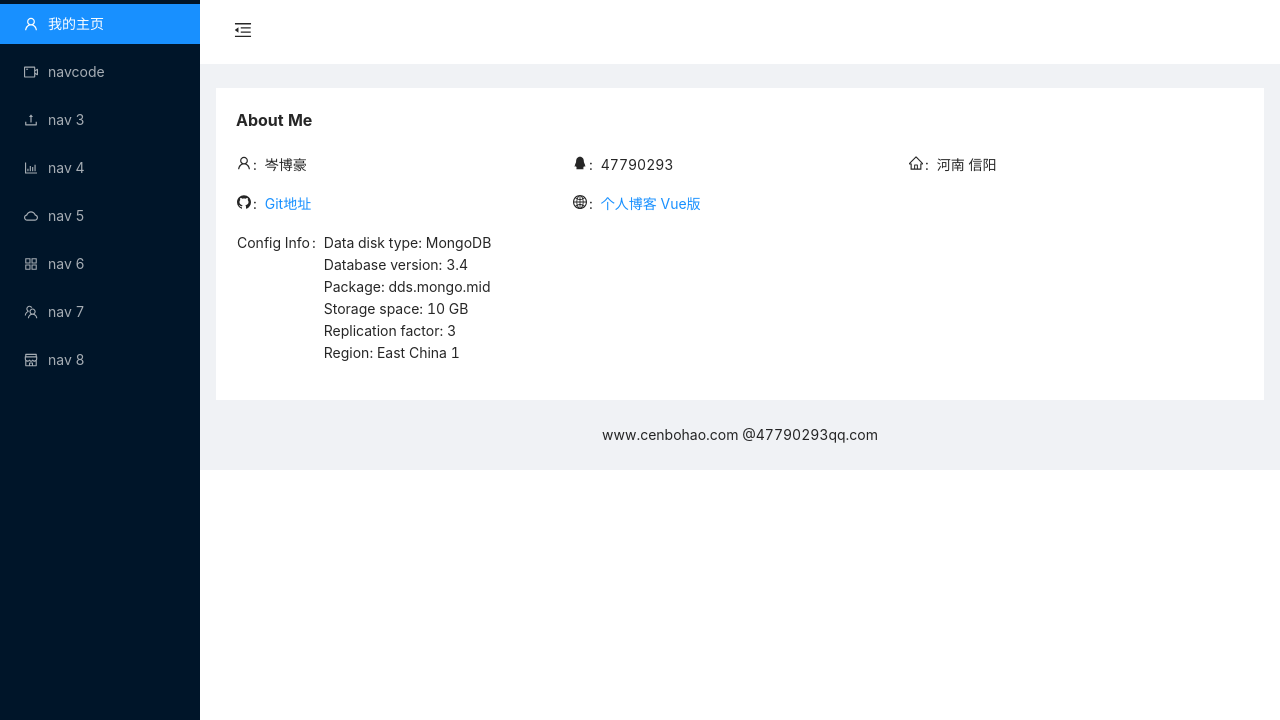
Repository: CBH20010703/bolgsweb
Page: /index (app in blogs/)
The author's editor kept a copy of each file at every save. The page is drawn from the files as they stood at one save, then again after the next save.
The browser window is 1280 px wide. The pictures show the whole page.
The project was rebuilt for these pictures with package versions that can differ from the ones it lists, and the page was loaded fresh each time. Also part of the build but not shown: blogs/src/view/Login/Login.jsx, blogs/src/component/Menu/MenuList.css, blogs/src/view/Home/Home.css, blogs/src/view/NavCode/NavCode.css, blogs/src/view/NavCode/NavCode.jsx, blogs/src/view/404/Error.jsx.

Above is the page before, as saved 2021-06-27 22:23:20.

### blogs/src/index.js
import React from 'react';
import ReactDOM from 'react-dom';
import './index.css';
import App from './App';
import { BrowserRouter} from 'react-router-dom'


ReactDOM.render(<BrowserRouter><App /></BrowserRouter>,document.getElementById('root'));

### blogs/src/App.js
import './App.css';
import { React, Component } from "react";

import  RouterMap from "./router/RouterMap"
export default class  App extends Component {
  constructor(props) {
    super(props);
    this.state = {  collapsed: false, }
  }
  toggle = (data) => {
     console.log(data)
    this.setState({
      collapsed: data,
    });
  };
  render() {
    return (
      <RouterMap/>
    );
  }
}

### blogs/src/router/RouterMap.js
import React from 'react'
import {  Route, Switch} from 'react-router-dom'
import Login from "../view/Login/Login"
import Context from '../view/context/context'
import Error from '../view/404/Error'
export default class RouterMap  extends React.Component {
    render() {
        return (


            <Switch>
                 <Route  path="/"  component={Context}/>
                <Route path="/login" component={Login} />

                    <Route path="*" component={Error} />

               </Switch>


        )
    }
}

### blogs/src/view/context/context.jsx

import { React, Component } from "react";
import Headers from '../../component/Header/Headers';
import MenuList from '../../component/Menu/MenuList';
import Footers from '../../component/Footer/Footers';

import { Layout } from 'antd';
import { Redirect, Route, Switch } from 'react-router-dom'
import Home from "../Home/Home.jsx";
import Navcode from "../NavCode/NavCode.jsx"
import Error from "../404/Error";
const { Content, Sider } = Layout;
export default class Context extends Component {
  constructor(props) {
    super(props);
    this.state = { collapsed: false, }
  }
  toggle = (data) => {
    console.log(data)
    this.setState({
      collapsed: data,
    });
  };
  render() {
    return (

      <Layout>
        <Sider trigger={null} collapsible collapsed={this.state.collapsed}
          style={{
            overflow: 'auto',
            height: '100vh',
            position: 'fixed',
            left: 0,
          }}
        >
          <MenuList />
        </Sider>
        <Layout className="site-layout" style={{ paddingLeft: this.state.collapsed ? "60px" : "200px", transition: "0.1s ease" }}>
          <Headers toggle={this.toggle} parent={this.state.collapsed}></Headers>
          <Content style={{ margin: '24px 16px 0', height: "auto", background: "#fff" }}>
            <Switch>
              <Route path="/index" component={Home} />
              <Route path="/NavCode" component={Navcode} />
              <Route path="*" component={Error} />
              <Redirect to="/index"></Redirect>
            </Switch>
          </Content>
          <Footers />
        </Layout>
      </Layout>


    );
  }
}

### blogs/src/component/Header/Headers.jsx
import React, { Component } from 'react'
import { Layout } from 'antd';


import {
  MenuUnfoldOutlined,
  MenuFoldOutlined,
} from '@ant-design/icons';
import "./Headers.css"
const { Header } = Layout;
export default class Headers extends Component {
    constructor(props) {
        super(props)
        this.state = {
            isShow:false
        }
    }
    Tab = () => {
        let { isShow } = this.state;
        this.setState({
            isShow:!isShow
        })
        this.props.toggle(!isShow);

    }
    render() {

        return (

                <Header className="site-layout-background" style={{ paddingLeft:"10px" }} >
                     {React.createElement(this.state.isShow ? MenuUnfoldOutlined : MenuFoldOutlined, {
              className: 'trigger',
                         onClick: this.Tab,

            })}
                </Header>

        )
    }
}

### blogs/src/component/Menu/MenuList.jsx
import React, { Component } from 'react'
import { Menu } from 'antd';
import {Link} from 'react-router-dom'
import "./MenuList.css"
import {
  AppstoreOutlined,
  BarChartOutlined,
  CloudOutlined,
  ShopOutlined,
  TeamOutlined,
  UserOutlined,
  UploadOutlined,
  VideoCameraOutlined,
} from '@ant-design/icons';
export default class MenuList extends Component {
  render() {
    return (

         <Menu theme="dark" mode="inline" defaultSelectedKeys={['1']}>
          <Menu.Item key="1"  icon={<UserOutlined />}>
          <Link to="/index"> 我的主页
            </Link>

          </Menu.Item>
          <Menu.Item key="2" icon={<VideoCameraOutlined />}>
          <Link to="/NavCode"> navcode
            </Link>

          </Menu.Item>
          <Menu.Item key="3" icon={<UploadOutlined />}>
            nav 3
          </Menu.Item>
          <Menu.Item key="4" icon={<BarChartOutlined />}>
            nav 4
          </Menu.Item>
          <Menu.Item key="5" icon={<CloudOutlined />}>
            nav 5
          </Menu.Item>
          <Menu.Item key="6" icon={<AppstoreOutlined />}>
            nav 6
          </Menu.Item>
          <Menu.Item key="7" icon={<TeamOutlined />}>
            nav 7
          </Menu.Item>
          <Menu.Item key="8" icon={<ShopOutlined />}>
            nav 8
          </Menu.Item>
        </Menu>
    )
  }
}

### blogs/src/component/Footer/Footers.jsx
import React, { Component } from 'react'
import { Layout } from 'antd';
const {  Footer } = Layout;
export default class Footers extends Component {
    render() {
        return (
            <div>
               <Footer style={{ textAlign: 'center' }}>www.cenbohao.com @47790293qq.com</Footer>
            </div>
        )
    }
}

### blogs/src/view/Home/Home.jsx
import React, { Component } from 'react'
import "./Home.css"
import { Descriptions } from 'antd';
import { UserOutlined, QqOutlined, HomeOutlined, GithubOutlined, GlobalOutlined } from '@ant-design/icons';
export default class Home extends Component {

    handleClick = e => {
        console.log('click ', e);
    };
    render() {
        return (

            <div style={{ padding: "20px" }}>
                <Descriptions title="About Me">
                    <Descriptions.Item label={<UserOutlined />}>岑博豪</Descriptions.Item>
                    <Descriptions.Item label={<QqOutlined />}>47790293</Descriptions.Item>
                    <Descriptions.Item label={<HomeOutlined />}>河南 信阳</Descriptions.Item>
                    <Descriptions.Item label={<GithubOutlined />}><a href="https://github.com/CBH20010703"  >Git地址</a></Descriptions.Item>
                    <Descriptions.Item label={<GlobalOutlined />} span={2}>
                        <a href="http://www.cenbohao.com/">个人博客 Vue版</a>
                    </Descriptions.Item>
                    <Descriptions.Item label="Config Info">
                        Data disk type: MongoDB
                        <br />
                        Database version: 3.4
                        <br />
                        Package: dds.mongo.mid
                        <br />
                        Storage space: 10 GB
                        <br />
                        Replication factor: 3
                        <br />
                        Region: East China 1<br />
                    </Descriptions.Item>
                </Descriptions>
            </div>

        )
    }
}

### blogs/src/component/Header/Headers.css
.site-layout .site-layout-background {
    background: #fff;
}

 .trigger {
    padding: 0 24px;
    font-size: 18px;
    line-height: 64px;
    cursor: pointer;
    transition: color 0.3s;
}

 .trigger:hover {
    color: #1890ff;
}

Loaded but not shown: blogs/public/index.html (common file); blogs/src/index.css (common file); blogs/src/App.css (common file)

After the next save:
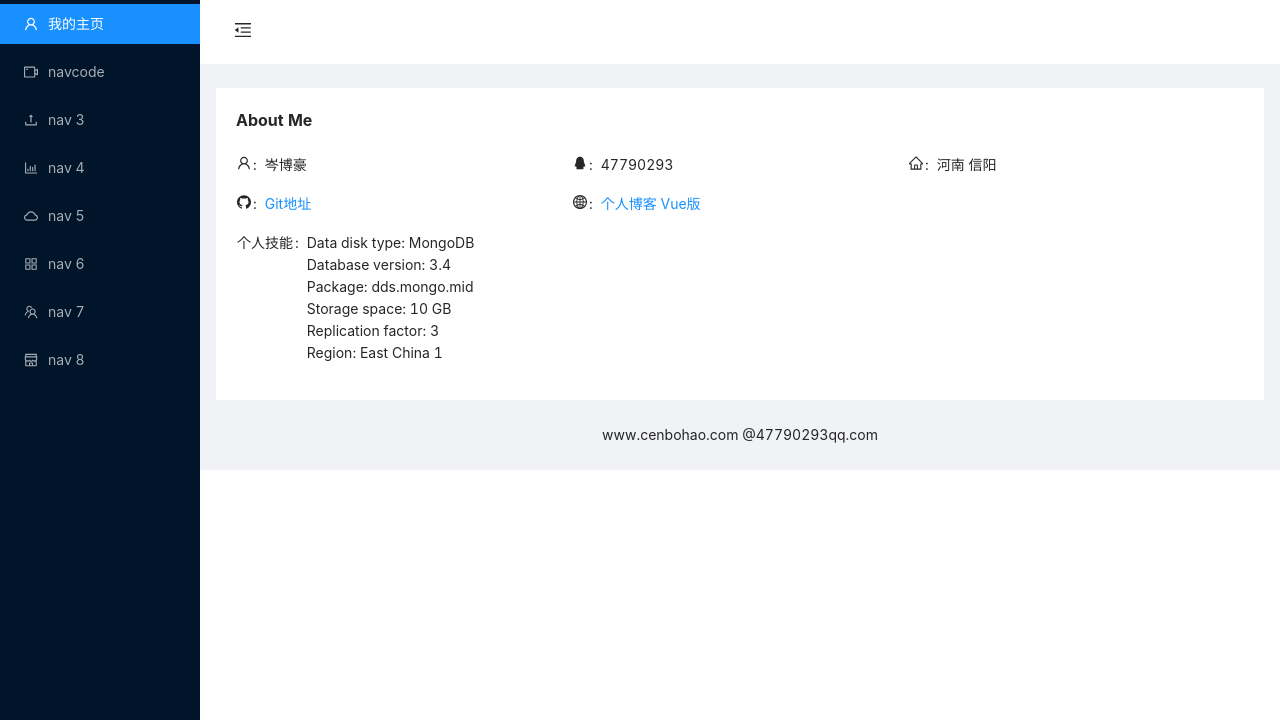
Saved 25 s later.
--- a/blogs/src/view/Home/Home.jsx
+++ b/blogs/src/view/Home/Home.jsx
@@ -19,7 +19,7 @@ export default class Home extends Component {
                     <Descriptions.Item label={<GlobalOutlined />} span={2}>
                         <a href="http://www.cenbohao.com/">个人博客 Vue版</a>
                     </Descriptions.Item>
-                    <Descriptions.Item label="Config Info">
+                    <Descriptions.Item label="个人技能">
                         Data disk type: MongoDB
                         <br />
                         Database version: 3.4
